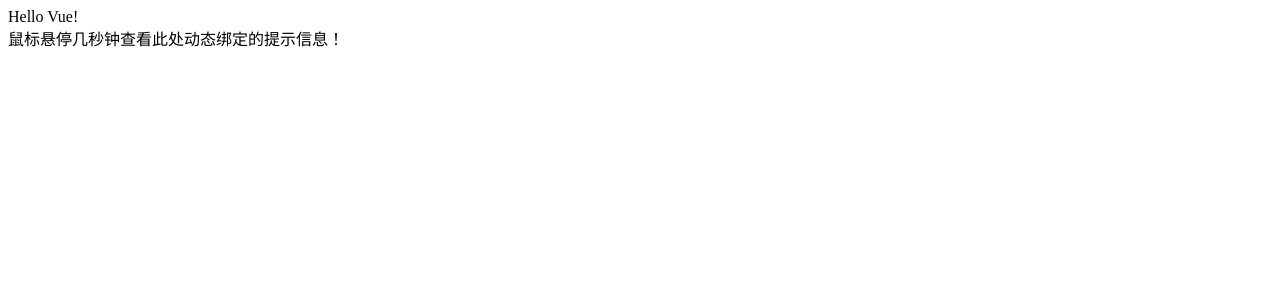
Repository: AlanPeng97/vue2.x-learning
Page: intro/coreBaisc/index.html
The author's editor kept a copy of each file at every save. The page is drawn from the files as they stood at one save, then again after the next save.
The browser window is 1280 px wide. The pictures show the whole page.
Some web libraries are served in a nearby version.

Above is the page before, as saved 2024-01-26 16:24:36.

After the next save:
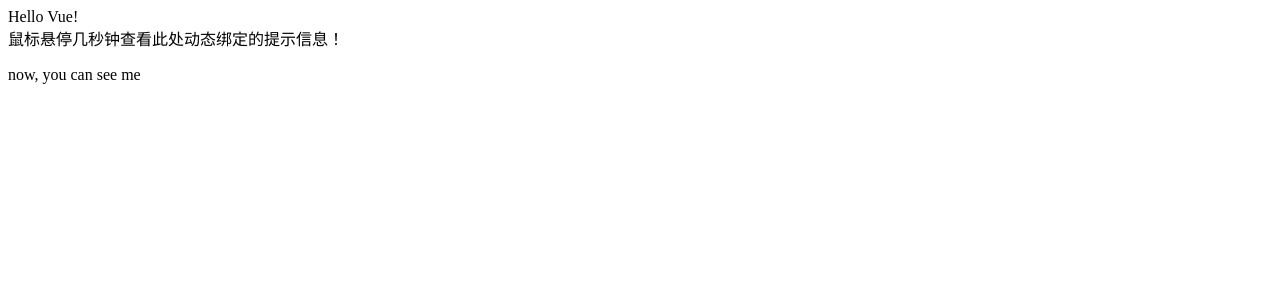
Saved 9 min 33 s later.
--- a/intro/coreBaisc/index.html
+++ b/intro/coreBaisc/index.html
@@ -13,12 +13,19 @@
     -->
   </head>
   <body>
-    <!-- vue.js核心： 简洁的模版语法，声明式地将数据渲染进DOM -->
+    <!--  1. vue.js核心： 简洁的模版语法，声明式地将数据渲染进DOM -->
     <div id="app">{{message}}</div>
+
+    <!-- 2. v-bind（缩写为 : ） attribute（属性） 用于绑定元素属性 -->
     <div id="app-2">
       <span v-bind:title="message"
         >鼠标悬停几秒钟查看此处动态绑定的提示信息！</span
       >
+    </div>
+
+    <!-- 3. 条件与循环 数据绑定到DOM -->
+    <div id="app-3">
+      <p v-if="seen">now, you can see me</p>
     </div>
     <script type="text/javascript">
       var app = new Vue({
@@ -34,6 +41,13 @@
           message: "页面加载于" + new Date().toLocaleString(),
         },
       });
+
+      var app3 = new Vue({
+        el: "#app-3",
+        data: {
+          seen: true,
+        },
+      });
     </script>
   </body>
 </html>
